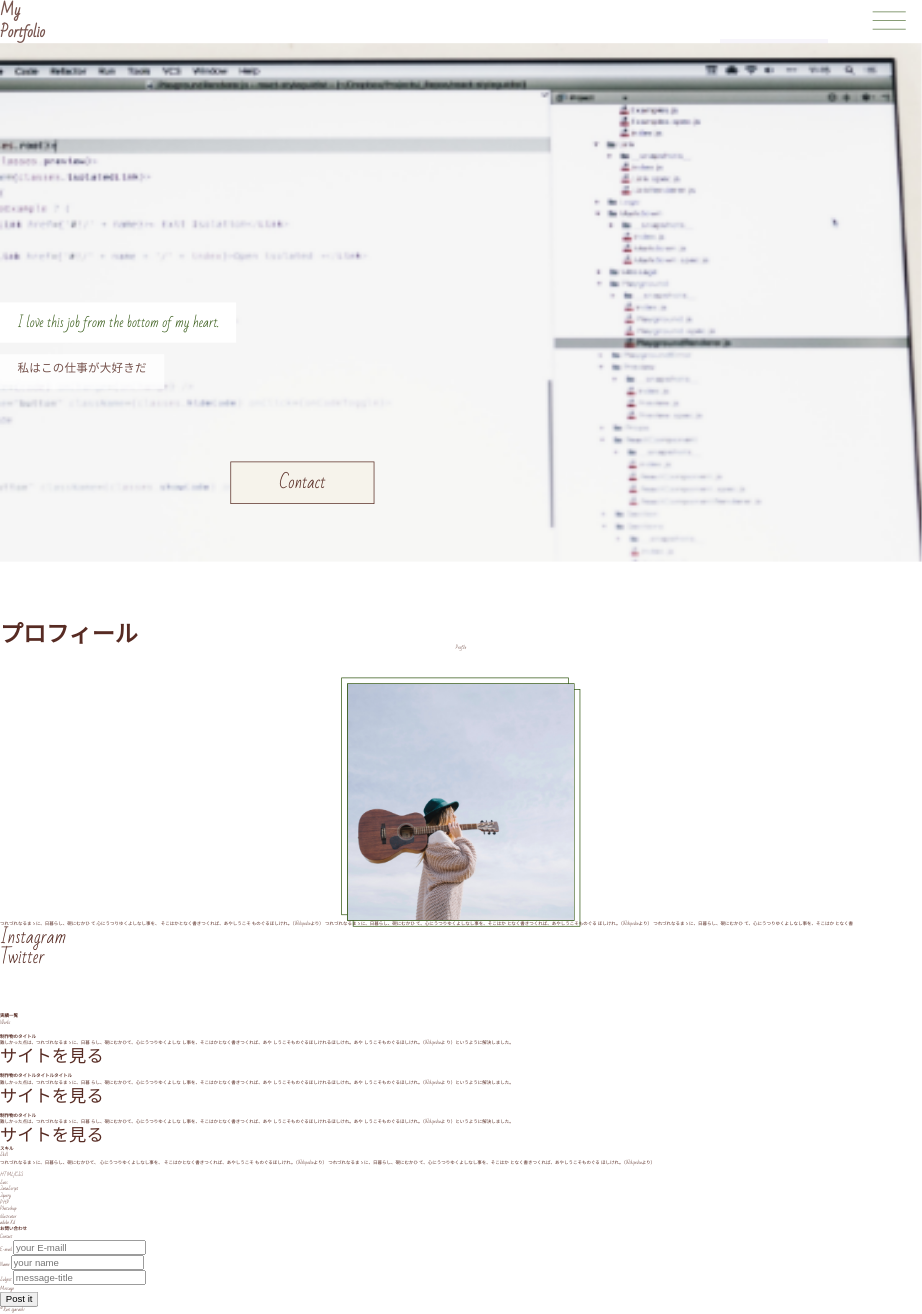
Repository: ppmp556/igarashi.kakuu
Page: index.html
The author's editor kept a copy of each file at every save. The page is drawn from the files as they stood at one save, then again after the next save.
The browser window is 1280 px wide. The pictures show the whole page, at 72% of full size.
Some web libraries are served in a nearby version. The style sheet was rebuilt from its Sass, Less or Tailwind sources for each picture, by a compiler version that may differ from the author's.

Above is the page before, as saved 2020-10-25 17:23:11.
Console error: TypeError: Cannot read properties of null (reading 'addEventListener')

### index.html
<!DOCTYPE html>
<html lang="ja">
    <head>
        <meta charset="UTF-8">
        <meta name="viewport" content="width=device-width, initial-scale=1.0, maximum-scale=1.0, minimum-scale=1.0">
        <link rel="stylesheet" href="faundation.css" type="text/css">
        <link rel="stylesheet" href="./css/style.css" type="text/css">
        <link href="https://use.fontawesome.com/releases/v5.6.1/css/all.css" rel="stylesheet">
        <link href="https://fonts.googleapis.com/css?family=Bad+Script" rel="stylesheet">
        <link href="https://fonts.googleapis.com/css?family=Sawarabi+Gothic" rel="stylesheet">
        <link rel="img" href="image">
        <title>架空LP</title>

    </head>
    <body>

        <div class="container">
            <header class="header">
                <h1 class="header_ttl">
                    <a href="index.html" class="header_link">My Portfolio</a><!-- /.header_link -->
                </h1><!-- /.header_ttl -->
                <nav class="nav">
                    <div class="nav_wrapper" id="nav_lists">
                        <!-- ハンバーガーメニュー部分 -->
                        <div class="toggle_btn" id="nav_toggler">
                            <span class="toggle_line __tg1"></span>
                            <span class="toggle_line __tg2"></span>
                            <span class="toggle_line __tg3"></span>
                        </div>
                        <!-- ハンバーガーメニューここまで -->
                    </div>
                    <ul class="nav_list flex">
                        <li class="nav_item">
                            <a href="#" class="nav_link">Profile<span class="nav_sp">プロフィール</a><!-- /.nav_link -->
                        </li><!-- /.nav_item -->
                        <li class="nav_item">
                            <a href="#" class="nav_link">Works<span class="nav_sp">実績一覧</a><!-- /.nav_link -->
                        </li><!-- /.nav_item -->
                        <li class="nav_item">
                            <a href="#" class="nav_link">Skill<span class="nav_sp">スキル</a><!-- /.nav_link -->
                        </li><!-- /.nav_item -->
                        <li class="nav_item">
                            <a href="#" class="nav_link">Contact<span class="nav_sp">お問い合わせ</a><!-- /.nav_link -->
                        </li><!-- /.nav_item -->
                    </ul><!-- /.nav_list -->
                </nav><!-- /.nav -->
            </header><!-- /.header -->
        </div><!-- /.container -->
        <div class="kv">
            <div class="kv_txtbox">
                <p class="kv_txt">I love this job from the bottom of my heart.</p><!-- /.kv_txt -->
                <p class="kv_txt __subtxt">私はこの仕事が大好きだ</p><!-- /.kv_txt -->
            </div><!-- /.kv_txtbox -->
            <div class="contact_box">
                <a href="#" class="contact_link">Contact</a><!-- /.contact_link -->
            </div><!-- /.contact_box -->
        </div><!-- /.kv -->
        <main>
            <div class="inner">

                <section class="prof" id="prof">
                    <div class="section_ttlbox">
                        <h2 class="prof_ttl">プロフィール</h2><!-- /.prof_ttl -->
                        <span class="prof_sub">Profile</span>
                    </div><!-- /.section_ttlbox -->
                    <div class="prof_imgbox">
                        <img src="images/profile/profile.png" alt="#" class="prof_img">
                    </div><!-- /.prof_imgbox -->
                    <p class="prof_txt">
                        つれづれなるまゝに、日暮らし、硯にむかひ
                        て
                        心にうつりゆくよしなし事を、
                        そこはかとなく書きつくれば、あやしうこそ
                        ものぐるほしけれ。（Wikipediaより）
                        つれづれなるまゝに、日暮らし、硯にむかひ
                        て、心にうつりゆくよしなし事を、そこはか
                        となく書きつくれば、あやしうこそものぐる
                        ほしけれ。（Wikipediaより）
                        つれづれなるまゝに、日暮らし、硯にむかひ
                        て、心にうつりゆくよしなし事を、そこはか
                        となく書
                    </p><!-- /.prof_txt -->
                    <div class="section_btnbox">
                        <div class="site_btn">
                            <a href="#" class="site_link">Instagram</a>
                        </div><!-- /.site_btn -->
                        <div class="site_btn">
                            <a href="#" class="site_link">Twitter</a>
                        </div><!-- /.site_btn -->
                    </div><!-- /.section_btnbox -->
                </section><!-- /#prof.prof -->


                <section class="work" id="work">
                    <div class="section_ttlbox">
                        <h2 class="work_ttl">実績一覧</h2><!-- /.work_ttl -->
                        <span class="work_sub">Works</span>
                    </div><!-- /.section_ttlbox -->

                    <div class="work_imgbox">
                        <ul class="work_list">
                            <li class="work_item">
                                <img src="" alt="" class="work_img">
                                <h3 class="work_ttl">制作物のタイトル</h3><!-- /.work_txt -->
                                <p class="work_txt">
                                    難しかった点は、つれづれなるまゝに、日暮
                                    らし、硯にむかひて、心にうつりゆくよしな
                                    し事を、そこはかとなく書きつくれば、あや
                                    しうこそものぐるほしけれるほしけれ。あや
                                    しうこそものぐるほしけれ。（Wikipediaよ
                                    り）というように解決しました。
                                </p><!-- /.work_txt -->
                                <div class="site_btn">
                                    <a href="#" class="site_link">サイトを見る</a>
                                </div><!-- /.site_btn -->
                            </li><!-- /.work_item -->
                            <li class="work_item">
                                <img src="" alt="" class="work_img">
                                <h3 class="work_ttl">制作物のタイトルタイトルタイトル</h3><!-- /.work_txt -->
                                <p class="work_txt">
                                    難しかった点は、つれづれなるまゝに、日暮
                                    らし、硯にむかひて、心にうつりゆくよしな
                                    し事を、そこはかとなく書きつくれば、あや
                                    しうこそものぐるほしけれるほしけれ。あや
                                    しうこそものぐるほしけれ。（Wikipediaよ
                                    り）というように解決しました。
                                </p><!-- /.work_txt -->
                                <div class="site_btn">
                                    <a href="#" class="site_link">サイトを見る</a>
                                </div><!-- /.site_btn -->
                            </li><!-- /.work_item -->
                            <li class="work_item">
                                <img src="" alt="" class="work_img">
                                <h3 class="work_ttl">制作物のタイトル</h3><!-- /.work_txt -->
                                <p class="work_txt">
                                    難しかった点は、つれづれなるまゝに、日暮
                                    らし、硯にむかひて、心にうつりゆくよしな
                                    し事を、そこはかとなく書きつくれば、あや
                                    しうこそものぐるほしけれるほしけれ。あや
                                    しうこそものぐるほしけれ。（Wikipediaよ
                                    り）というように解決しました。
                                </p><!-- /.work_txt -->
                                <div class="site_btn">
                                    <a href="#" class="site_link">サイトを見る</a>
                                </div><!-- /.site_btn -->
                            </li><!-- /.work_item -->
                        </ul><!-- /.work_list -->
                    </div><!-- /.work_imgbox -->
                </section><!-- /#work.work -->

                <section class="skii" id="skill">
                    <div class="section_ttlbox">
                        <h2 class="skill_ttl">スキル</h2><!-- /.skill_ttl -->
                        <span class="skill_sub">Skill</span>
                    </div><!-- /.section_ttlbox -->
                    <div class="skill_txtbox">
                        <p class="skill_txt">
                            つれづれなるまゝに、日暮らし、硯にむかひて、
                            心にうつりゆくよしなし事を、
                            そこはかとなく書きつくれば、あやしうこそ
                            ものぐるほしけれ。（Wikipediaより）
                            つれづれなるまゝに、日暮らし、硯にむかひ
                            て、心にうつりゆくよしなし事を、そこはか
                            となく書きつくれば、あやしうこそものぐる
                            ほしけれ。（Wikipediaより）
                        </p><!-- /.skill_txt -->
                    </div><!-- /.skill_txtbox -->
                    <div class="skill_listbox">
                        <div class="skill_imgbox">
                            <img src="" alt="" class="skill_img">
                        </div><!-- /.skill_imgbox -->
                        <ul class="skill_list">
                            <li class="skill_item">HTML/CSS</li><!-- /.skill_item -->
                            <li class="skill_item">Sass</li><!-- /.skill_item -->
                            <li class="skill_item">JavaScript</li><!-- /.skill_item -->
                            <li class="skill_item">Jquery</li><!-- /.skill_item -->
                            <li class="skill_item">PHP</li><!-- /.skill_item -->
                            <li class="skill_item">Photoshop</li><!-- /.skill_item -->
                            <li class="skill_item">illustrator</li><!-- /.skill_item -->
                            <li class="skill_item">adobe Xd</li><!-- /.skill_item -->
                        </ul><!-- /.skill_list -->
                    </div><!-- /.skill_listbox -->
                </section><!-- /#skill.skii -->

                <section class="contact" id="contact">
                    <div class="section_ttlbox">
                        <h2 class="contact_ttl">お問い合わせ</h2><!-- /.contact_ttl -->
                        <span class="contact_sub">Contact</span>
                    </div><!-- /.section_ttlbox -->
                    <form action="#" class="ly-form">
                        <div class="form ord1">
                            <div class="form2">

                                <label for="email" class="formTitle u-formTxt">E-mail</label>
                                <input type="email" class="formBox" name="your-E-mail" placeholder="your E-maill">
                            </div>
                        </div>
                        <div class="form ord2">
                            <div class="form2">
                                    <label for="name" class="formTitle u-formTxt">Name</label>
                                    <input type="text" class="formBox" name="your name" placeholder="your name">

                            </div>
                        </div>
                        <div class="form ord3">
                            <div class="form2">
                                <label for="subject" class="formTitle u-formTxt">Subject</label>
                                <input type="subject" class="formBox" name="message-title" placeholder="message-title">
                            </div>
                        </div>
                        <div class="form ord4">
                            <div class="form2">
                                <label for="message" class="formTitle u-formTxt">Message</label>
                                <textare name="contents" class="area" name="contents" placeholder="contents" rows="4" cols="40"></textare>
                            </div>
                        </div>
                        <div class="inputWrap btnhv u-send">
                            <input type="submit" value="Post it" class="sendBtn">
                        </div>
                    </form>
                </section><!-- /#contact.contact -->
            </div><!-- /.inner -->

        </main>


        <footer class="footer">
            <div class="footer_sharbox">
                <ul class="footer_sharalist">
                    <li class="footer_item"></li><!-- /.footer_item -->
                    <li class="footer_item"></li><!-- /.footer_item -->
                    <li class="footer_item"></li><!-- /.footer_item -->
                </ul><!-- /.footer_sharalist -->
            </div><!-- /.footer_sharbox -->
            <small class="footer_txt">&copy; Ruri igarashi</small>
        </footer><!-- /.footer -->


        <script type="text/javascript" src="menu.js"></script>
        <script src="https://code.jquery.com/jquery-3.4.1.js" integrity="sha256-WpOohJOqMqqyKL9FccASB9O0KwACQJpFTUBLTYOVvVU=" crossorigin="anonymous"></script>

    </body>
</html>

### faundation.css

html,
body,
div,
span,
object,
iframe,
h1,
h2,
h3,
h4,
h5,
h6,
p,
blockquote,
pre,
abbr,
address,
cite,
code,
del,
dfn,
em,
img,
ins,
kbd,
q,
samp,
small,
strong,
sub,
sup,
var,
b,
i,
dl,
dt,
dd,
ol,
ul,
li,
fieldset,
form,
label,
legend,
table,
caption,
tbody,
tfoot,
thead,
tr,
th,
td,
article,
aside,
canvas,
details,
figcaption,
figure,
footer,
header,
hgroup,
menu,
nav,
section,
summary,
time,
mark,
audio,
video {
  margin: 0;
  padding: 0;
  border: 0;
  outline: 0;
  font-size: 100%;
  vertical-align: baseline;
  background: transparent;
}

body {
  line-height: 1.5;
}

article,
aside,
details,
figcaption,
figure,
footer,
header,
hgroup,
menu,
nav,
section {
  display: block;
}

ul,
ol {
  list-style: none;
}

table {
  border-collapse: collapse;
  border-spacing: 0;
}

a {
  color: inherit;
  text-decoration: none;
}

img {
  width: 100%;
  max-width: 100%;
  height: auto;
  vertical-align: bottom;
}

### menu.js
const body = document.body;

const toggler = document.getElementById('navToggler');
//#navToggleを取得し、togglerに格納


const navList = document.getElementById('js-nav');
const navList2 = document.getElementById('js-nav2');
//#navListsを取得し、navListに格納


toggler.addEventListener('click', function() {
    //togglerクリックされたら、
    body.classList.toggle('clicked');

});
navList.addEventListener('click', function(){


    body.classList.remove('clicked');
});
navList2.addEventListener('click', function(){


    body.classList.remove('clicked');
});

### scss/style.scss
@charset "UTF-8";

$cColor: #572B23;
$cBgColor: #f6f3eb;
$cGreen: #315611;
$cwhite: #ffffff;
$cGray: #f9f9f9;


html {
    font-size: 62.5%;
    overflow: auto;


}

body {
    color: $cColor;
    background-color: $cwhite;
    font-family: "Bad Script","Sawarabi Gothic";
    font-size: 62.5%;
    margin: 0 auto;
    overflow: hidden;
    width: 100%;
    height: auto;

}

*, *::before, *::after {
    box-sizing: border-box;
}

a:link, a:visited, a:hover, a:active {
    /*テキストデフォルト下線外し*/
    text-decoration: none;
    /* color: #ffffff; */
}




.container {
    overflow: hidden;
}


.flex {
    display: flex;
    justify-content: flex-start;
}

.inner {
    min-width: 336px;
    width: 100%;
    margin: 0 auto;
}


.site_btn {
    display: flex;
    width: 200px;
    font-size: 2.4rem;
    color: #572B23;
    line-height: 27px;
}

.site_link {
    width: 100%;
    height: 100%;
    display: block;
    margin: auto;
}

/****************

header

*************/

.header {
    display: flex;
    z-index: 5;
    width: 100%;
    height: 100%;
    background-color: $cwhite;
    opacity: .8;

    &_ttl {
        font-size: 2.0rem;
    font-family: "Bad Script";
    opacity: 1;
    color: $cColor;
    }
}

// nav

.nav {
    width: 100%;
    line-height: 20px;
    display: flex;
    justify-content: center;
    align-items: center;


    /* ハンバーガーメニュー */
    &_list {
        position: absolute;
        display: block;
        top: 54px;
        /* left: 377px; */
        left: 1000px;
        overflow: hidden;
        width: 15rem;
        max-height: auto;
        cursor: pointer;

        overflow-y: auto;/*縦方向の表示*/

        display: flex;
        flex-direction: column;
        transition: opacity .8s ease, visibility .6s ease;
        color: #572B23;

        background-color: #F6F3FB;
        visibility: .6s ease;
        opacity: 1;

        &.clicked {
            left: 114px;
            visibility: visible;
            opacity: 0.9;
            width: 262px;
            top: 0;
            /* height: 667px; */
            height: 100vh;
            background-color: #f6f3f8;
            position: absolute;
            display: flex;
            align-items: center;
            justify-content: center;

        }
    }

    &_item {
        padding: 2px 0;
        font-size: 2rem;
        color: #572B23;
        position: relative;

        transition: transform 6s ease, opacity .2s ease;

        &:nth-child(1) {
        transform: translateX(200px);

        transition: transform .6s ease, opacity .2s ease;

        }

        &:nth-child(2) {
        transition-delay: .15s;

        }
        &:nth-child(3) {
        transition-delay: .3s;

        }

        &:nth-child(4) {
        transition-delay: .45s;

        }

        &:nth-child(5) {
        transition-delay: .6s;

        }

        &::after {
        position: absolute;
        bottom: -4px;
        left: 0;
        content: '';
        width: 100%;
        height: 2px;
        background: #572B23;
        transform: scale(0, 1);
        transform-origin: left top;
        transition: transform .3s;
        }

        &:hover::after {
        transform: scale(1, 1);
        }

    }







    &_link {
        width: 100%;
        display: block;
        color: #572B23;
    font-size: 2.4rem;
    display: flex;
    align-items: center;
    flex-direction: column;
    justify-content: center;
    }


}




.clicked .navList .navItem {
    transform: translateX(0px);
}







.toggle_btn {

    z-index: 2000;
    position: absolute;
    top: 0;
    width: 45.25px;
    /* height: 24px; */
    height: 55px;
    right: 16.19px;
    cursor: pointer;
    transition: all .30s ease-in-out;/*0.3秒かけて変化*/
}

.toggle_line {
    display: block;
    position: absolute;
    z-index: 2100;
    right: 6.3px;
    top: 14px;
    width: 100%;
    height: 1px;
    background-color: #315611;
    transition: all 0.3s;
}


.__tg1 {
    top: 16.19px;

    &.clicked {
        transform: translateY(12px) rotate(-315deg);
    }
}
.__tg2 {
    top: 28.19px;
    &.clicked {
        opacity: 0;
    }
}
.__tg3 {
    top: 40.19px;
    &.clicked {
        transform: translateY(-11px) rotate(315deg);
    }
}


/****************

kv

*************/

.kv {
    background: url(/images/top-image/top-image.png) center / cover no-repeat;
    background-position-y: 50%;
    height: 100vh;
    width: 100%;
    // display: flex;

    position: relative;

    &_txtbox {
        position: absolute;
        top: 50%;

    }

    &_txt {
        margin: auto;
        text-align: center;
        font-size: 1.8rem;
        color: $cGreen;
        padding: 10px 24px;
        background-color: $cwhite;
        opacity: 1;
        margin-bottom: 16px;
        line-height: 2;
    }

}


.__subtxt {
    font-size: 1.6rem;
    padding: 13px 24px;
    color: $cColor;
    opacity: 0.8;
    letter-spacing: 0.32px;
    width: 228px;
    height: 48px;
    line-height: .84;
    display: inline-block;
    margin-right: auto;
}


.contact_box {
    display: block;
    position: absolute;
    bottom: 80px;
    left: 25%;
    margin: 0 auto;
    width: 20rem;
    line-height: 45px;
    // margin-top: auto;

    opacity: 1;
    border: 1px solid $cColor;
    text-align: center;
    background-color: $cBgColor;
    font-size: 2.3rem;
    font-family: "bad script";
    color: $cColor;

}


.contact_link {
    padding: 6px 66px;
    display: block;
    width: 100%;
    // height: 100%;
    text-align: center;

}

/****************

profile

*************/

.prof {
    padding: 0 0 64px;

    .section_ttlbox {
        padding: 88px 0 45px;
        display: block;
        text-align: center;
        margin: 0 auto;
    }

    &_ttl {
        display: block;
        font-size: 3.2rem;
        color: $cColor;
        text-align: left;
        line-height: 0.84;
        margin: 0 auto;


    }

    &_imgbox {
        position: relative;
        width: 316px;
        height: 330px;
        z-index: 90;
        left: 50%;
        transform: translateX(-50%);

        &::after {
            content: '';
            position: absolute;
            border: 1px solid #315611;
            width: 316px;
            height: 330px;
            z-index: -99;
            opacity: 1;
            left: 8px;
            top: 8px;

        }

        &::before{
            content: '';
            position: absolute;
            border: 1px solid #315611;
            width: 316px;
            height: 330px;
            z-index: -99;
            opacity: 1;
            left: -8px;
            top: -8px;

        }
    }

    &_img {
        width: 100%;
        height: 100%;
        display: block;
    }



}


.ly-profWrapper {
  position: absolute;
  top: 668px;
  width: 375px;
  height: 1054px;
}
.ly-profBox {
  display: flex;
  justify-content: center;
  align-items: center;
  height: 942px;
}
.profImages {


    top: 165px;
    left: 28px;
    z-index: -90;
}

.hideBox1 {


}
.hideBox2 {
    border: 1px solid #315611;
    width: 316px;
    height: 330px;
    z-index: -98;
    opacity: 1;
    position: absolute;
    left: 36px;
    top: 173px;

}
.profContent {
    position: absolute;
    text-align: left;
    top: 535px;
    left: 20px;

    width: 336px;
    height: auto;
}


.profBtn {
    position: relative;
    display: flex;
    justify-content: space-around;
    top: -4px;

}

.contactBtn {
    justify-content: space-between;
    border: 1px solid #315611;
    background: #ffffff;
    width: 16rem;
    height: 4.8rem;
    position: relative;
}


.u-boxImg {
    right: -143px;
    top: -424px;
    z-index: -101;
}

.u-prof {
    font-size: 1.6rem;
    letter-spacing: 0.32px;
    line-height: 2;
    font-family: "Sawarabi Gothic";
}
.u-Btn {
    font-family:"Bad Script";
    font-size: 2.4rem;

}

After the next save:
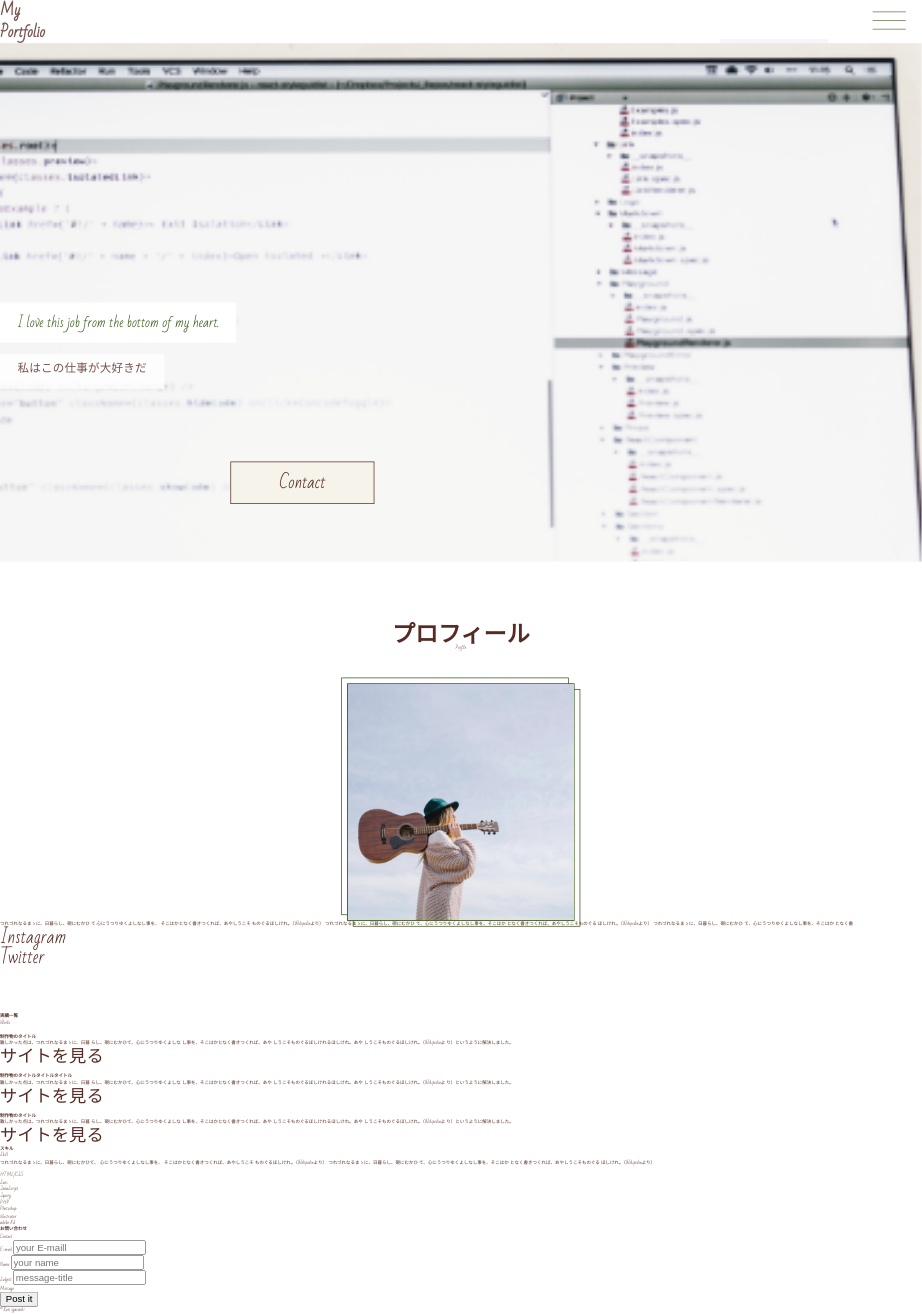
Saved 45 s later.
--- a/scss/style.scss
+++ b/scss/style.scss
@@ -376,7 +376,6 @@ profile
         display: block;
         font-size: 3.2rem;
         color: $cColor;
-        text-align: left;
         line-height: 0.84;
         margin: 0 auto;
 
